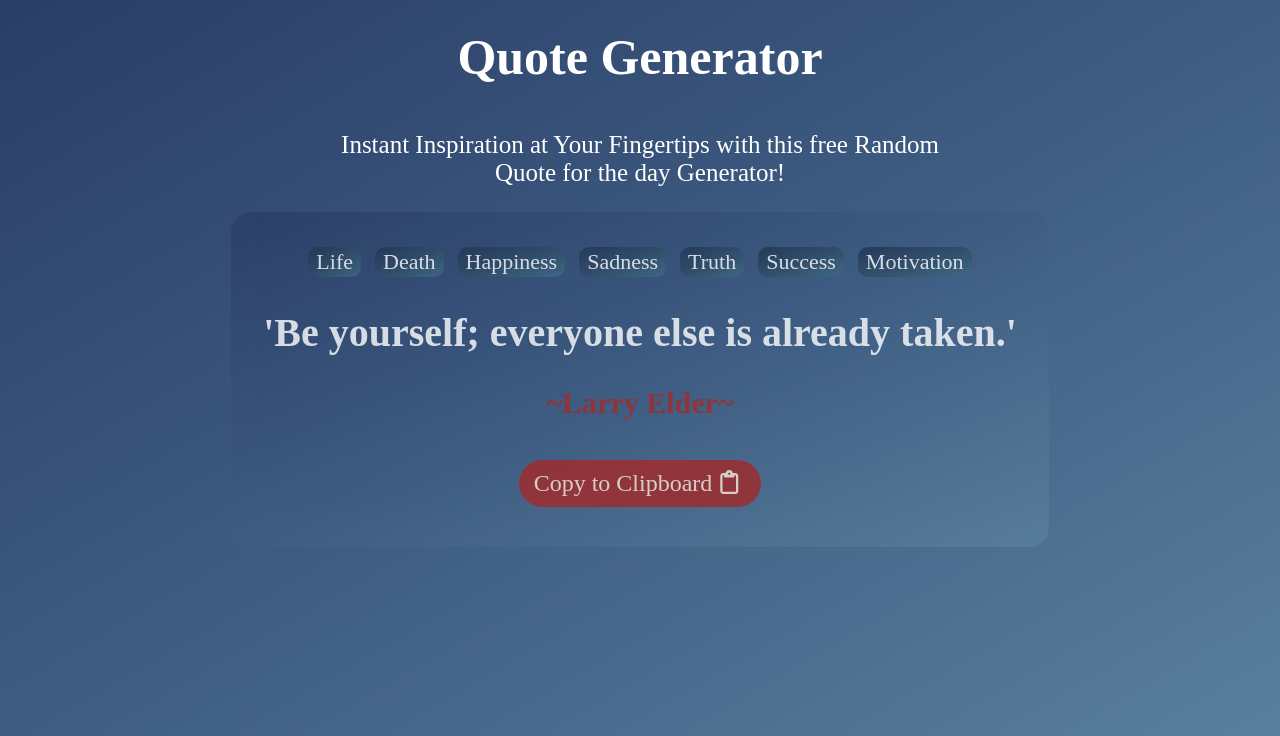
Repository: moehaymanmyint/Random-Quote-Generator
Page: index.html
These files come from the project's save history. The page is drawn as it stood at one moment and after the next save; the edit follows.
The browser window is 1280 px wide. The pictures show the whole page.
Some web fonts or font styles are not loaded; a fallback is used. Some web libraries are served in a nearby version.

Above is the page before, as saved 2024-11-07 23:22:19.

After the next save:
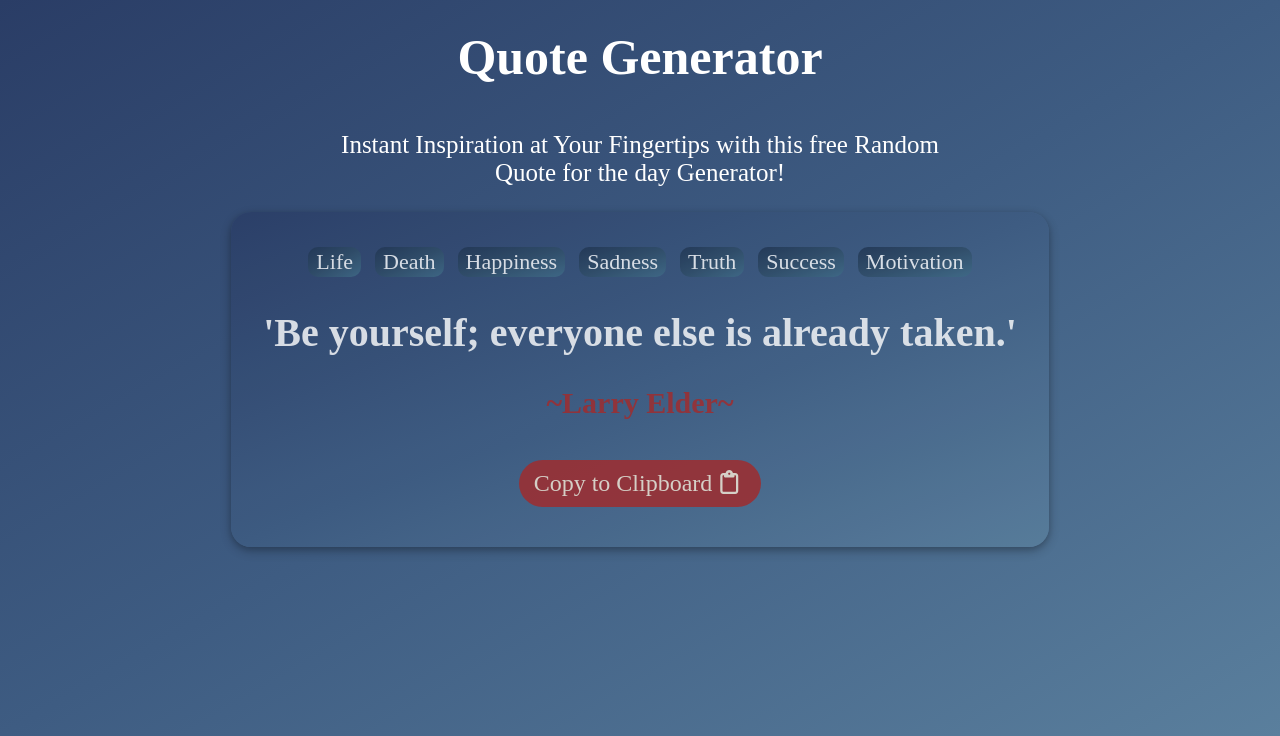
Saved 15 s later.
--- a/style.css
+++ b/style.css
@@ -41,6 +41,7 @@
     align-items: center;
     border-radius: 20px;
     width: 60%;
+    box-shadow: 0 4px 12px rgba(0, 0, 0, 0.3), 0 2px 6px rgba(0, 0, 0, 0.2);
 }
 
 .copy-btn{
